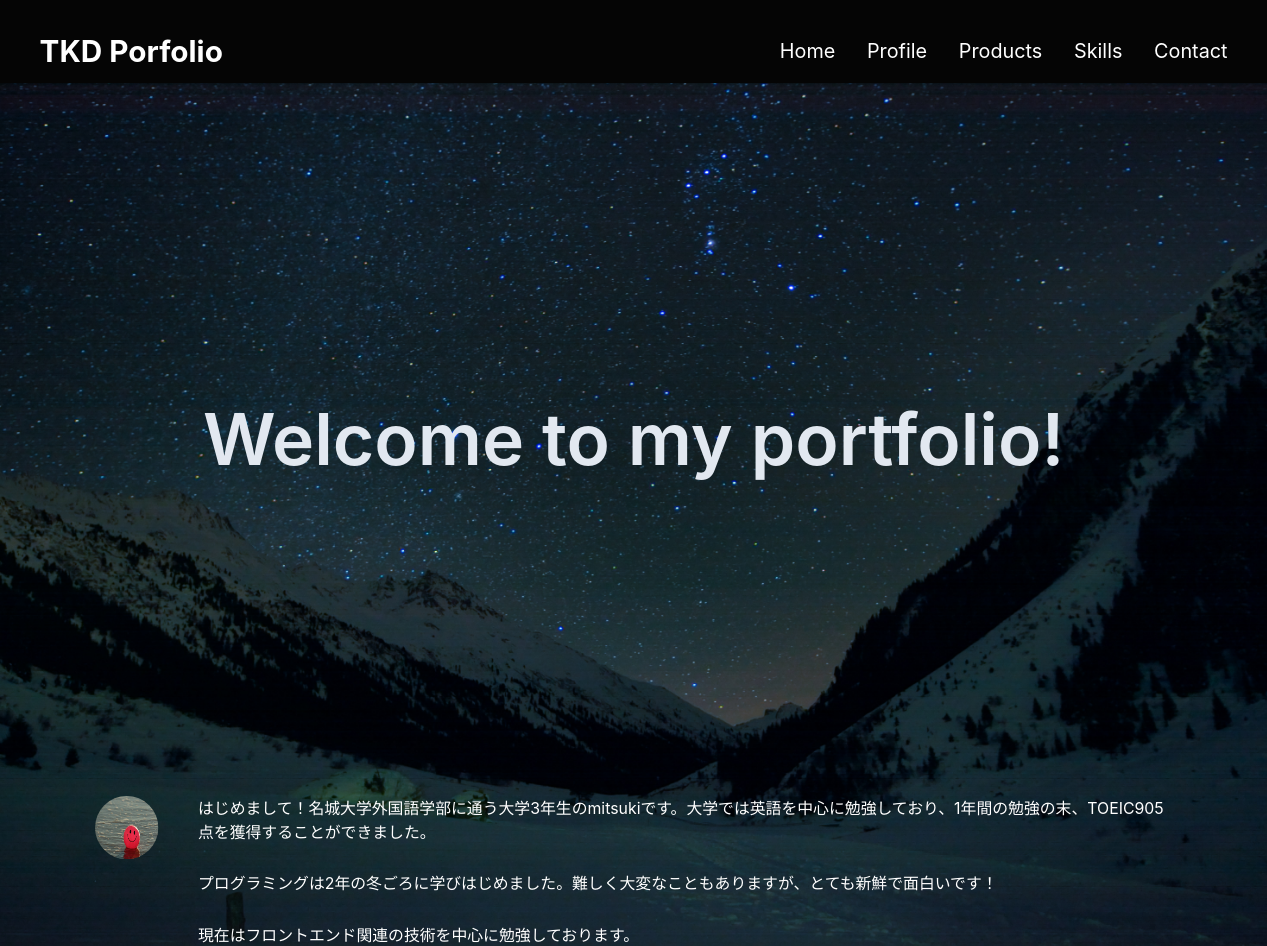
Repository: MitukiTakada/todo-aplication
Page: / (app in design/dev/react-tailwind/react-tailwind/)
These files come from the project's save history. The page is drawn as it stood at one moment and after the next save; the edit follows.
The browser window is 1280 px wide. The pictures show the whole page, at 99% of full size.
The project was rebuilt for these pictures with package versions that can differ from the ones it lists, and the page was loaded fresh each time. Also part of the build but not shown: design/dev/react-tailwind/react-tailwind/src/components/Contact.jsx, design/dev/react-tailwind/react-tailwind/src/components/Products.jsx, design/dev/react-tailwind/react-tailwind/src/components/Profile.jsx, design/dev/react-tailwind/react-tailwind/src/components/Skills.jsx.

Above is the page before, as saved 2022-11-19 14:58:23.

After the next save:
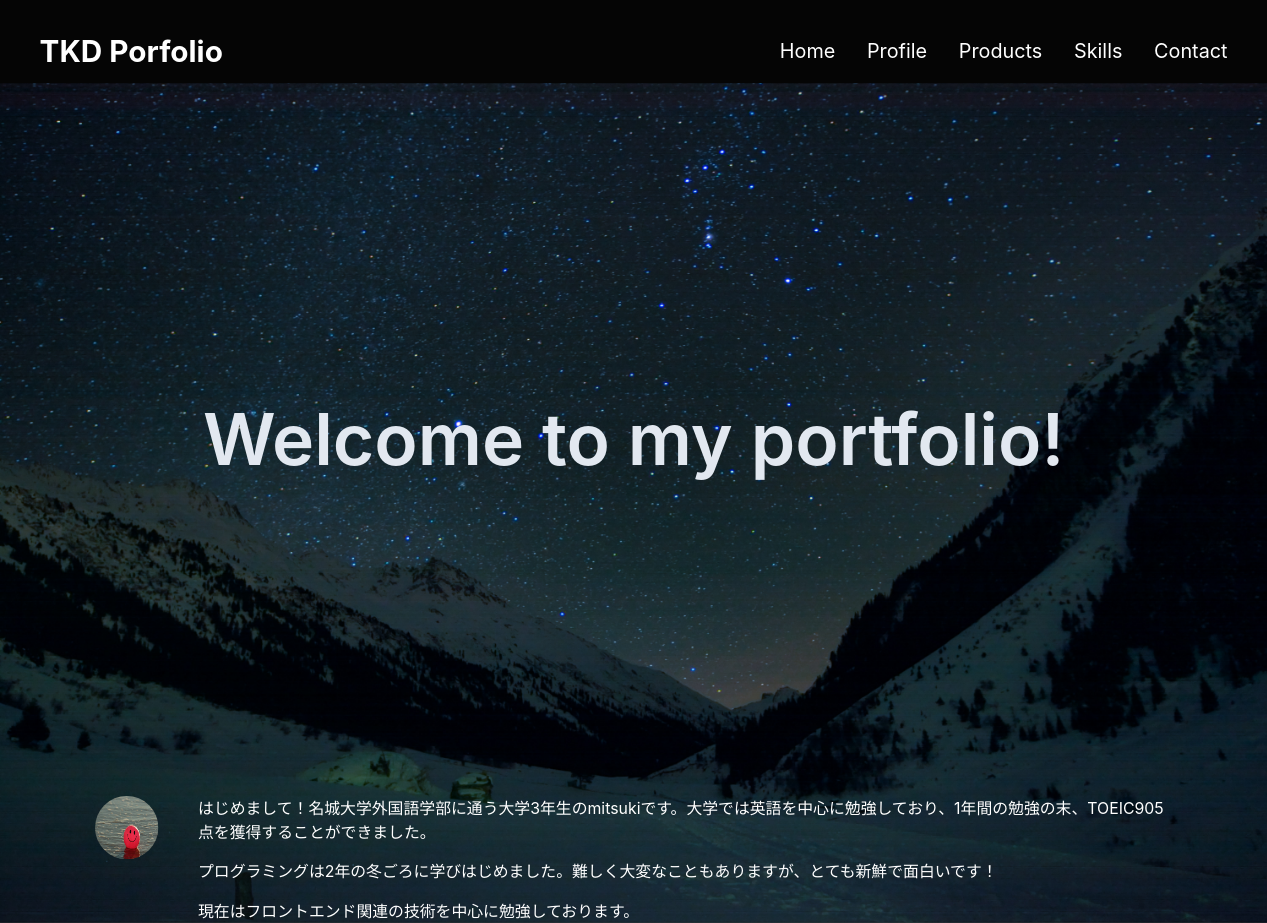
Saved 7 s later.
--- a/design/dev/react-tailwind/react-tailwind/src/components/Home.jsx
+++ b/design/dev/react-tailwind/react-tailwind/src/components/Home.jsx
@@ -11,7 +11,7 @@ const Home = () => {
       </div>
       <div className="flex mx-auto px-24 space-x-10">
         <img src={userImage} alt="" className="h-16 w-16 rounded-full"/>
-        <div className="space-y-7">
+        <div className="space-y-4">
           <p>
             はじめまして！名城大学外国語学部に通う大学3年生のmitsukiです。大学では英語を中心に勉強しており、1年間の勉強の末、TOEIC905点を獲得することができました。
           </p>
